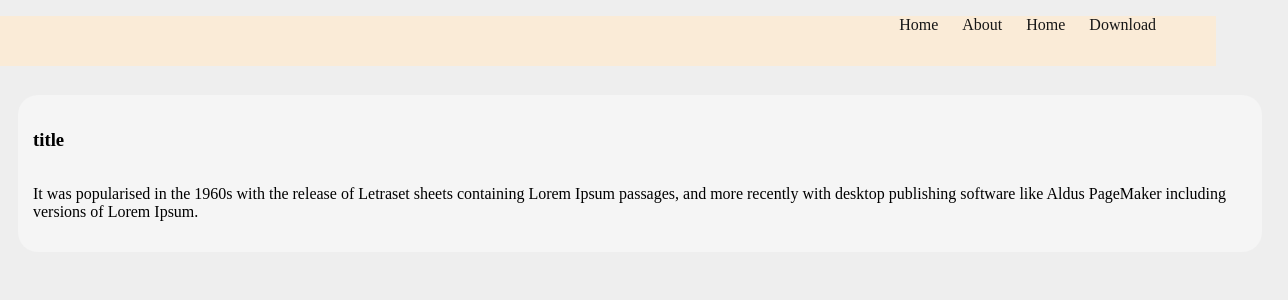
Repository: RafalSiuta/notiweb
Page: policy.html
These files come from the project's save history. The page is drawn as it stood at one moment and after the next save; the edit follows.
The browser window is 1280 px wide. The page is 1288 px wide, so the pictures cover 1288 px, including what lies to the right of the window. The pictures show the whole page.

Above is the page before, as saved 2024-12-14 21:24:07.

### policy.html
<!DOCTYPE html>
<!--[if lt IE 7]>      <html class="no-js lt-ie9 lt-ie8 lt-ie7"> <![endif]-->
<!--[if IE 7]>         <html class="no-js lt-ie9 lt-ie8"> <![endif]-->
<!--[if IE 8]>         <html class="no-js lt-ie9"> <![endif]-->
<!--[if gt IE 8]>      <html class="no-js"> <!--<![endif]-->
<html>
    <head>
        <meta charset="utf-8">
        <meta http-equiv="X-UA-Compatible" content="IE=edge">
        <title>Noti privacy policy</title>
        <meta name="Noti mobile app privacy policy" content="">
        <meta name="viewport" content="width=device-width, initial-scale=1">
        <link rel="stylesheet" href="/styles/styles.css">
    </head>
    <body>
        <nav>
            <ul>
                <li><a href="#home">Home</a></li>
                <li><a href="#screens">About</a></li>
                <li><a href="#contact">Home</a></li>
                <li><a href="#contact">Download</a></li>
            </ul>
        </nav>
        <header>
            <h1>Privacy policy</h1>
        </header>
        <div class="main">
            <div class="item">
                <h3>title</h3>
                <p>It was popularised in the 1960s with the release of Letraset sheets containing Lorem Ipsum passages, and more
                    recently
                    with desktop publishing software like Aldus PageMaker including versions of Lorem Ipsum.</p>
            </div>
        </div>


        <script src="" async defer></script>
    </body>
</html>

### styles/styles.css
@font-face {
    font-family: "Exo-medium";
    src:url("fonts/Exo2-Medium.ttf") format("ttf");
    font-family: "Exo-black";
    src: url("fonts/Exo2-Black.ttf") format("ttf");

}
body {
    background-color: #EEEEEE;

}

nav ul{
    width: 95vw;
    height: 50px;
    top: 0;
    right: 5vw;
    padding-right:50px;
    background-color: antiquewhite;
    position: fixed;
    text-align: right;
}
ul{

}
li{
    display: inline;
    margin: 10px;
}
a {
    color: #161616;
    font-size: 1em;
    text-decoration: none;
    font-family: "Exo-medium";
    z-index: 2;
}
.main{
    display: flex;
    flex-direction: column;
    align-items: center;

}

h1{
    font-family: "Exo-black";
    font-size: 1.2em;
    color: #161616;
}

section{
    width: 100vw;
    height: 100vh;
    display: flex;
    justify-content: center;
    align-items: center;
}
footer{
    bottom: 0;
    height: 50px;
    width: 100vw;
    background-color: aqua;
    position: fixed;
    text-align: center;
}
.policy-link{
    font-family: "Exo-medium";
    font-size: 1em;
    color: #161616;
    padding: 5px;
}
.item {
    display: flex;
    flex-direction: column;
    text-align: left;
    margin: 10px;
    background-color: #f5f5f5;
    padding: 15px;
    border-radius: 20px;
}
header{
    width: 100vw;
    height: 10vh;
    text-align: left;

}

After the next save:
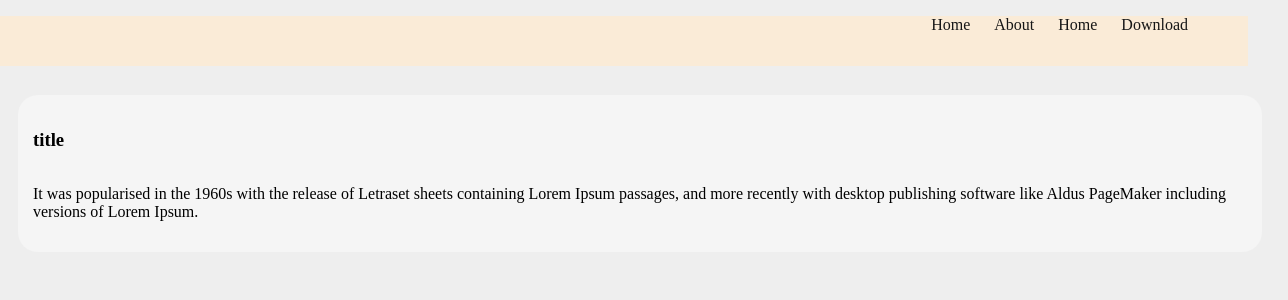
Saved 17 s later.
--- a/styles/styles.css
+++ b/styles/styles.css
@@ -14,7 +14,7 @@
     width: 95vw;
     height: 50px;
     top: 0;
-    right: 5vw;
+    right: 2.5vw;
     padding-right:50px;
     background-color: antiquewhite;
     position: fixed;
